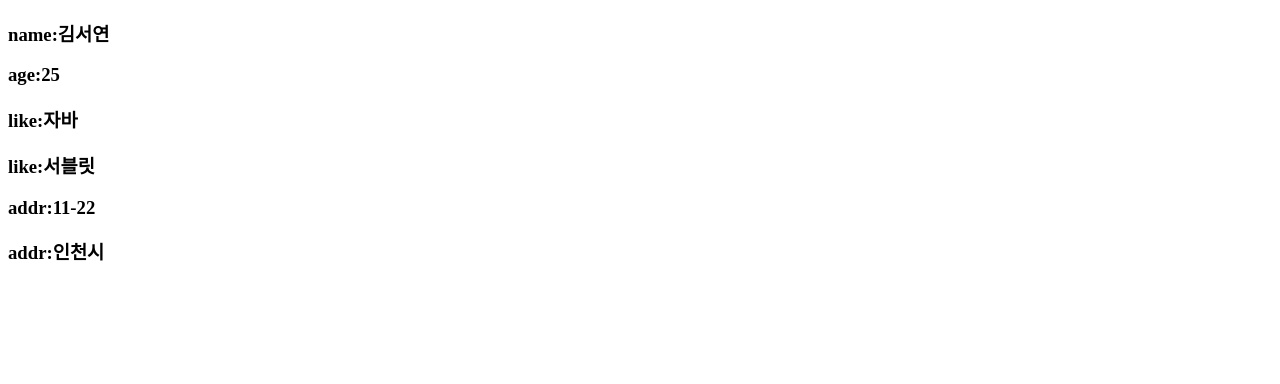
Repository: le-espiritu/Mul-cam_lecture
Page: http://localhost/erp/json/jsontest_obj.jsp
The author's editor kept a copy of each file at every save. The page is drawn from the files as they stood at one save, then again after the next save.
The browser window is 1280 px wide. The pictures show the whole page.
The page is served by Tomcat 9.

Above is the page before, as saved 2021-10-11 08:17:07.

After the next save:
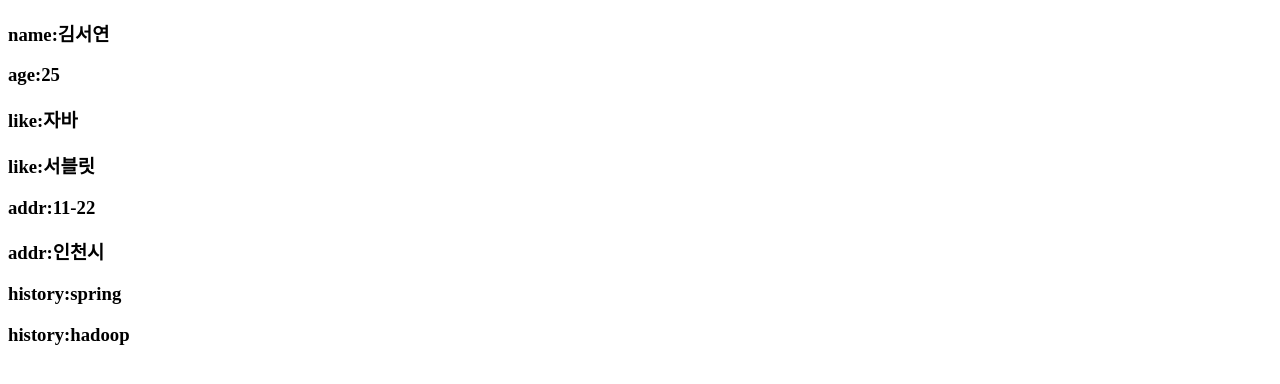
Saved 89 s later.
--- a/springwork/erp/src/main/webapp/json/jsontest_obj.jsp
+++ b/springwork/erp/src/main/webapp/json/jsontest_obj.jsp
@@ -46,6 +46,8 @@
 		document.write("<h3>like:"+person.like[1]+"</h3>");
 		document.write("<h3>addr:"+person.addr.zipcode+"</h3>");
 		document.write("<h3>addr:"+person.addr.addr1+"</h3>");
+		document.write("<h3>history:"+person.history[2].subject+"</h3>");
+		document.write("<h3>history:"+person.history[3].subject+"</h3>");
 	</script>
 </body>
 </html>
